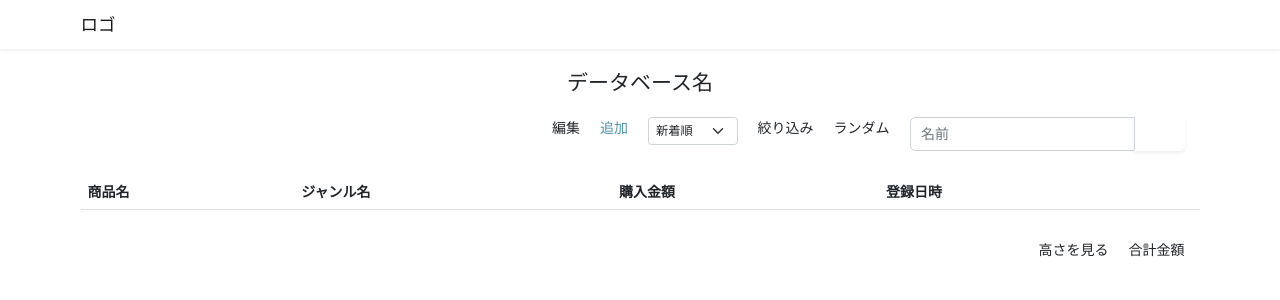
Repository: masa1228ew/original
Page: http://localhost/data/show
The author's editor kept a copy of each file at every save. The page is drawn from the files as they stood at one save, then again after the next save.
The browser window is 1280 px wide. The pictures show the whole page.
The page is this project's Thymeleaf template; nobody is signed in. The template is opened directly, without the code that normally fills it, so the values that code supplies are empty.

Above is the page before, as saved 2025-01-29 13:38:05.

### original/original/src/main/resources/templates/data/show.html
<!DOCTYPE html>
<html xmlns:th="https://www.thymeleaf.org">
	<head>
<!--		  <div th:replace="~{fragment :: meta}"></div>   -->
 <meta charset="UTF-8">
       <meta name="viewport" content="width=device-width, initial-scale=1">
        <link href="https://cdn.jsdelivr.net/npm/bootstrap@5.2.3/dist/css/bootstrap.min.css" rel="stylesheet" integrity="sha384-rbsA2VBKQhggwzxH7pPCaAqO46MgnOM80zW1RWuH61DGLwZJEdK2Kadq2F9CUG65" crossorigin="anonymous">
           <link th:href="@{/css/style.css}" rel="stylesheet" >
		<title>データベース</title>
	</head>

	<body>
		<div class="wrapper">
			<nav class="navbar navbar-expand-md navbar-light bg-white shadow-sm ">
               <div class="container ">
                   <a class="navbar-brand" th:href="@{/}">
                       ロゴ
                   </a>
               </div>
           </nav>
			<main>
				<div class="container pt-4 pb-5">
					<div class="d-flex justify-content-center">
					<h1>データベース名</h1>

					</div>
					<div class=right>
				<div>
					<p>編集</p>
				</div>
					<div>
						<a th:href="@{/data/register(collectionId=${collection.id})}">追加</a>
					</div>
					<div>
						<form method="get" class="mb-3 samuraitravel-sort-box">
                                     <input  type="hidden" name="keyword" >
                                     <input  type="hidden" name="area" >
                                     <input  type="hidden" name="price" >
                                     <select class="form-select form-select-sm" name="order" onChange="this.form.submit();">
                                         <option value="createdAtDesc" >新着順</option>
                                         <option value="wordAsc">五十音順</option>
                                         <option value="updatedAtAsc">更新順</option>
                                     </select>
                                 </form>
					</div>
					<div>
	                                  <a>絞り込み</a>
					</div>
					<div>
                                 <a>ランダム</a>
					</div>
					<div>
                                   <div class="input-group">
                                     <input type="text" class="form-control" name="keyword"  placeholder="名前">
                                     <button type="submit" class="btn text-white shadow-sm">検索</button>
                                 </div>
					</div>

					</div>

					<table class="table">
                               <thead>
                                   <tr>
                                       <th scope="col">商品名</th>
                                       <th scope="col">ジャンル名</th>
                                       <th scope="col">購入金額</th>
                                       <th scope="col">登録日時</th>
                                       <th scope="col"></th>
                                   </tr>
                               </thead>
                               <tbody>
                                   <tr th:each="data:${datasPage}">
                                       <td th:text="${data.getName()}"></td>
                                        <td th:text="${data.getCategory.getCategory()}"></td>
                                         <td th:text="${data.getPrice()}"></td>
                                          <td th:text="${data.getUpdatedAt()}"></td>
                                       <td><a th:href="@{/data/__${data.getId()}__/edit}">編集</a></td>
                                   </tr>
                               </tbody>
                           </table>
                           <div class=right>
                          <div>
                           <a>高さを見る</a>
                          </div>
                          <div>
                           <a>合計金額</a>
                          </div>
                           </div>
				</div>
			</main>
		</div>
	</body>
</html>

### original/original/src/main/resources/static/css/style.css
html {
 font-size: 14px;
}

@media (max-width: 768px) {
    .navbar-collapse {
        display: block !important;
        max-height: 0;
        overflow: hidden;
        transition: max-height 0.3s ease-in-out;
    }

     select[name="categoryId"] {
    flex-grow: 1;
    width: 100%;
  }

}

    .navbar-collapse.show {
        max-height: 500px; /* 必要に応じて調整 */
    }
}

body {
 font-family: 'Noto Sans JP', sans-serif;
}

h1 {
 font-size: 1.5rem;
}

a {
 color: #5196a6;
 text-decoration: none !important;
}

a:hover {
   color: #407784;
}

.wrapper {
 min-height: 100vh;
 position: relative;
 padding-bottom: 60px;
 box-sizing: border-box;
}

.right{
	display: flex;
	justify-content: flex-end;
	padding: 5px;

}

.right>div{

    padding: 5px;

    margin: 5px;
}

.btn-color{
	background-color: gray;
}

After the next save:
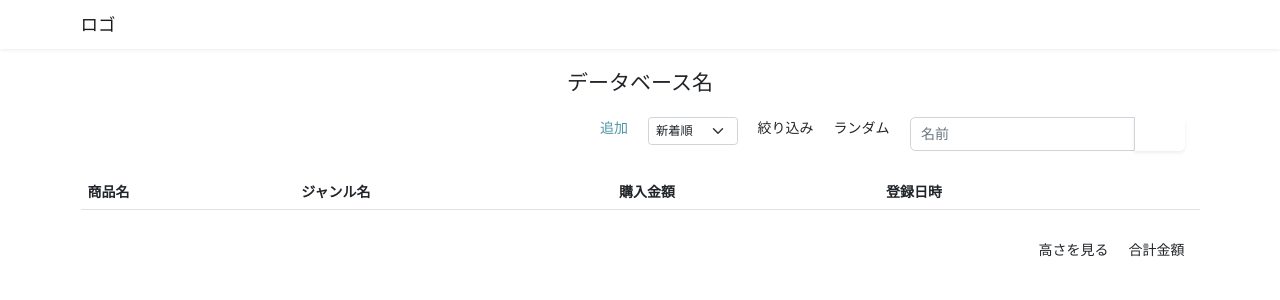
Saved 3 days later.
--- a/original/original/src/main/resources/templates/data/show.html
+++ b/original/original/src/main/resources/templates/data/show.html
@@ -25,9 +25,7 @@
 
 					</div>
 					<div class=right>
-				<div>
-					<p>編集</p>
-				</div>
+
 					<div>
 						<a th:href="@{/data/register(collectionId=${collection.id})}">追加</a>
 					</div>
